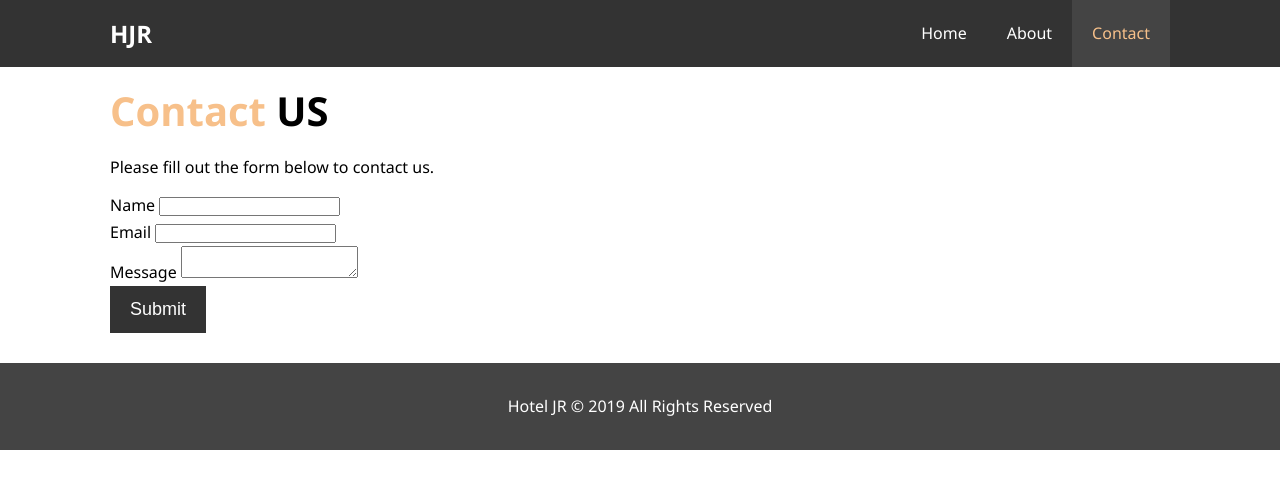
Repository: dimlutine/Hotel-Project
Page: contact.html
These files come from the project's save history. The page is drawn as it stood at one moment and after the next save; the edit follows.
The browser window is 1280 px wide. The pictures show the whole page.
Some web libraries are served in a nearby version.

Above is the page before, as saved 2019-07-05 23:09:44.

### contact.html
<!DOCTYPE html>
<html lang="en">

<head>
    <meta charset="UTF-8">
    <meta name="viewport" content="width=device-width, initial-scale=1.0">
    <meta http-equiv="X-UA-Compatible" content="ie=edge">
    <meta name="description" content="Welcome to the neatest hotel in Durham, North Carolina!">
    <meta name="keywords" content="hotel,durham hotel, north carolina hotel, rdu hotel">
    <link rel="stylesheet" href="https://use.fontawesome.com/releases/v5.6.1/css/all.css" integrity="sha384-gfdkjb5BdAXd+lj+gudLWI+BXq4IuLW5IT+brZEZsLFm++aCMlF1V92rMkPaX4PP" crossorigin="anonymous">
    <link rel="stylesheet" href="css/style.css">
    <title>Hotel JR | Contact</title>
</head>

<body>
    <header>
        <nav id="navbar">
            <div class="container">
                <h1 class="logo"><a href="index.html">HJR</a></h1>
                <ul>
                    <li><a href="index.html">Home</a></li>
                    <li><a href="about.html">About</a></li>
                    <li><a class="current" href="contact.html">Contact</a></li>
                </ul>
            </div>

        </nav>

    </header>
    <section id="contact-form" class="py-3">
        <div class="container">
            <h1 class="l-heading">
                <span class="text-primary">Contact</span> US
            </h1>
            <p>Please fill out the form below to contact us.</p>
            <form action="process.php">
                <div class="form-group">
                    <label for="name">Name</label>
                    <input type="text" name="name" id="name">
                </div>
                <div class="form-group">
                    <label for="email">Email</label>
                    <input type="email" name="email" id="email">
                </div>
                <div class="form-group">
                    <label for="message">Message</label>
                    <textarea name="message" id="message"></textarea>
                </div>
                <button type="submit" class="btn">Submit</button>
            </form>
        </div>
    </section>
    <footer id="main-footer">
        <p>Hotel JR &copy; 2019 All Rights Reserved</p>
    </footer>
</body>

</html>

### css/style.css
* {
    padding: 0;
    margin: 0;
    box-sizing: border-box;
}

html,
body {
    font-family: 'Segoe UI', 'Segoe UI', Tahoma, Geneva, Verdana, sans-serif;
    line-height: 1.7em;
}

a {
    color: #333;
    text-decoration: none;
}

h1,
h2,
h3 {
    padding-bottom: 20px;
}

p {
    margin: 10px 0;
}


/* Utilities */

.container {
    margin: auto;
    max-width: 1100px;
    overflow: auto;
    padding: 0 20px;
}

.text-primary {
    color: #f7c08a;
}

.lead {
    font-size: 20px;
}

.btn {
    display: inline-block;
    font-size: 18px;
    color: #fff;
    background: #333;
    padding: 13px 20px;
    border: none;
    cursor: pointer;
}

.btn:hover {
    background: #f7c08a;
    color: #333;
}

.btn-light {
    background: #f4f4f4;
    color: #333;
}

.bg-dark {
    background: #333;
    color: #fff;
}

.bg-light {
    background: #f4f4f4;
    color: #333;
}

.bg-primary {
    background: #f7c08a;
    color: #333;
}

.clr {
    clear: both;
}

.l-heading {
    font-size: 40px;
}


/* Padding */

.py-1 {
    padding: 10px 0;
}

.py-2 {
    padding: 20px 0;
}

.py-3 {
    padding: 30px 0;
}

#navbar {
    background: #333;
    color: #fff;
    overflow: auto;
}

#navbar a {
    color: #fff;
}

#navbar h1 {
    float: left;
    padding-top: 20px;
}

#navbar ul {
    float: right;
    list-style: none;
}

#navbar ul li {
    float: left;
}

#navbar ul li a {
    display: block;
    padding: 20px;
    text-align: center;
}

#navbar ul li a:hover,
#navbar ul li a.current {
    background: #444;
    color: #f7c08a;
}


/* Showcase */

#showcase {
    background: url('../img/showcase.jpg') no-repeat center center/cover;
    height: 600px;
}

#showcase .showcase-content {
    color: #fff;
    text-align: center;
    padding-top: 170px;
}

#showcase .showcase-content h1 {
    font-size: 60px;
    line-height: 1.2em;
}

#showcase .showcase-content p {
    padding-bottom: 20px;
    line-height: 1.7em;
}


/* Home Info */

#home-info {
    height: 400px;
}

#home-info .info-img {
    float: left;
    width: 50%;
    background: url('../img/photo-1.jpg') no-repeat;
    min-height: 100%;
}

#home-info .info-content {
    float: right;
    width: 50%;
    height: 100%;
    text-align: center;
    padding: 50px 30px;
    overflow: hidden;
}

#home-info .info-content p {
    padding-bottom: 30px;
}


/*Features*/

.box {
    float: left;
    width: 33.3%;
    padding: 50px;
    text-align: center;
}

.box i {
    margin-bottom: 10px;
}


/* About Info*/

#about-info .info-right {
    float: right;
    width: 50%;
    min-height: 100%;
}

#about-info .info-right img {
    width: 70%;
    display: block;
    margin: auto;
    border-radius: 50%;
}

#about-info .info-left {
    float: left;
    width: 50%;
    min-height: 100%;
}


/* Testimonials */

#testimonials h2 {
    color: #fff;
    text-align: center;
    padding-bottom: 40px;
}

#testimonials {
    height: 600px;
    background: url('../img/test-bg.jpg') no-repeat center center/cover;
    padding-top: 100px;
}

#testimonials .testimonial {
    padding: 20px;
    margin-bottom: 40px;
    border-radius: 5px;
    opacity: .85;
}

#testimonials .testimonial img {
    width: 100px;
    float: left;
    margin-right: 20px;
    border-radius: 50%;
}


/* Footer */

#main-footer {
    text-align: center;
    background: #444;
    color: #fff;
    padding: 20px;
}

After the next save:
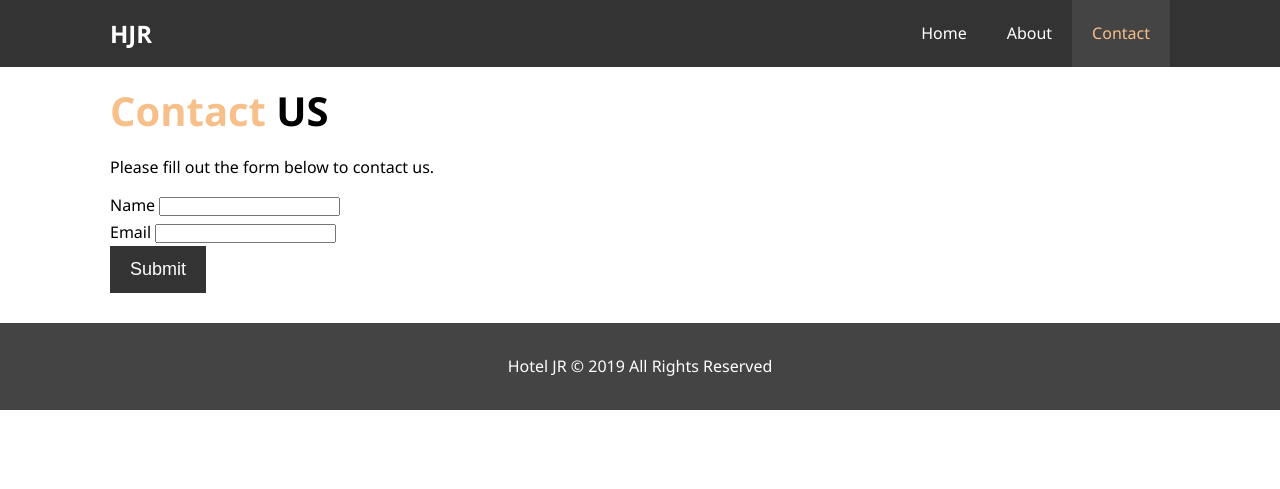
Saved 9 s later.
--- a/contact.html
+++ b/contact.html
@@ -42,10 +42,7 @@
                     <label for="email">Email</label>
                     <input type="email" name="email" id="email">
                 </div>
-                <div class="form-group">
-                    <label for="message">Message</label>
-                    <textarea name="message" id="message"></textarea>
-                </div>
+
                 <button type="submit" class="btn">Submit</button>
             </form>
         </div>

After the save that followed:
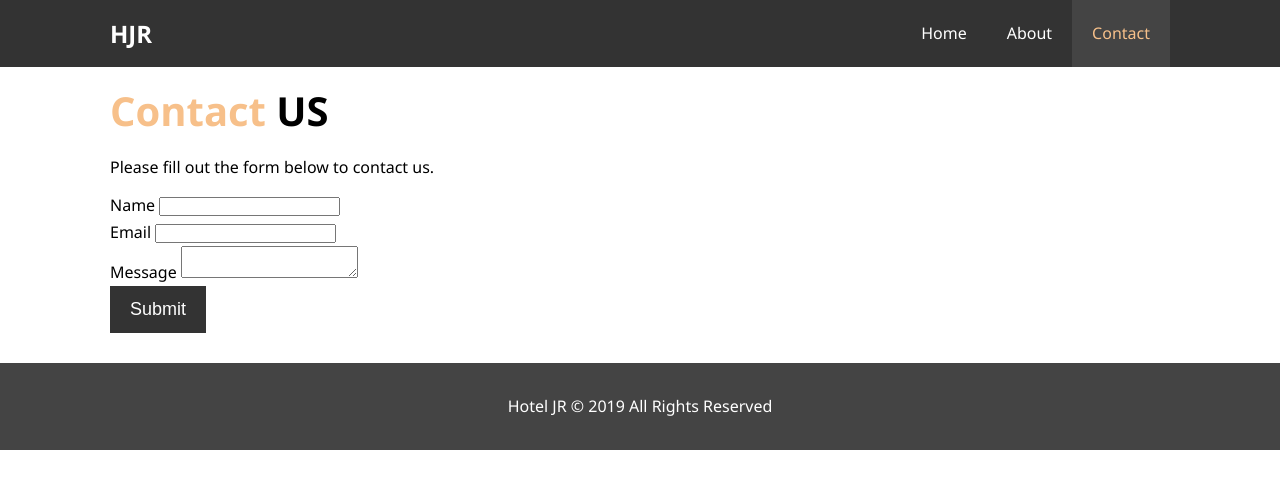
Saved 18 s later.
--- a/contact.html
+++ b/contact.html
@@ -42,7 +42,10 @@
                     <label for="email">Email</label>
                     <input type="email" name="email" id="email">
                 </div>
-
+                <div class="form-group">
+                    <label for="message">Message</label>
+                    <textarea name="message" id="message"></textarea>
+                </div>
                 <button type="submit" class="btn">Submit</button>
             </form>
         </div>
